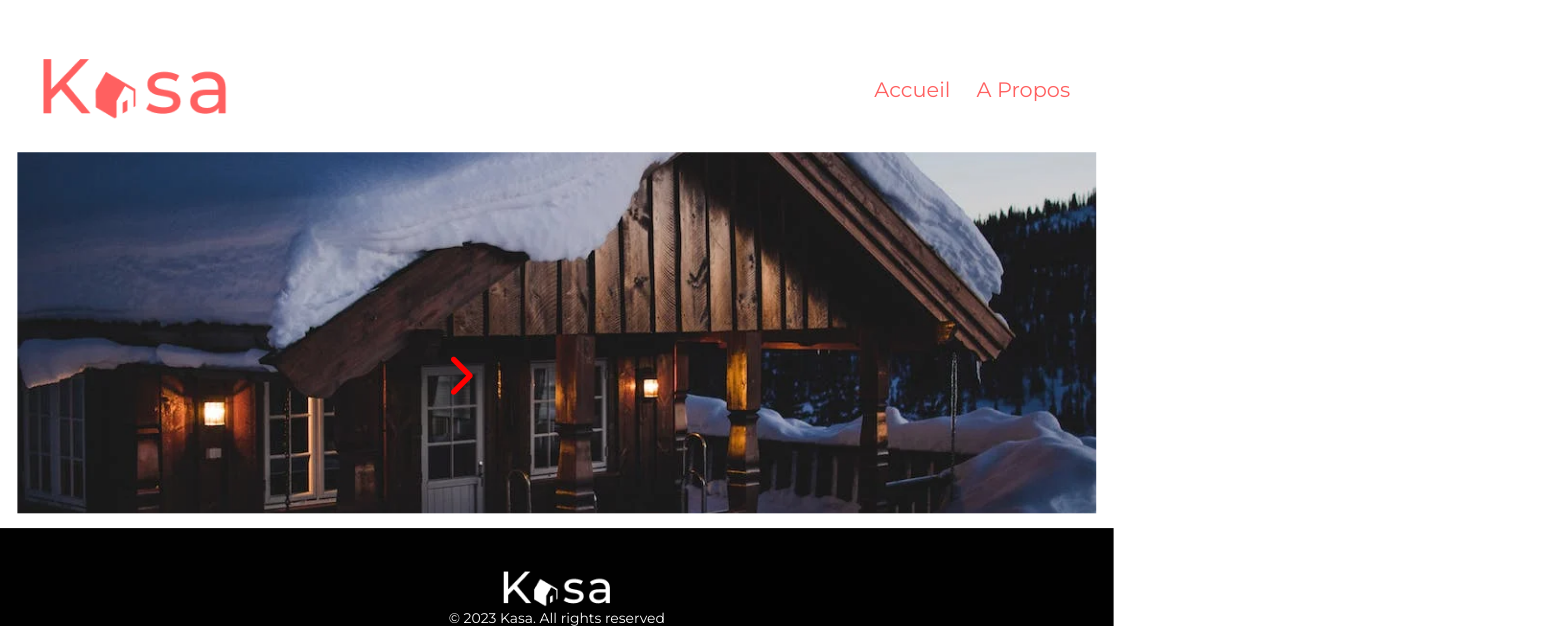
Repository: Ascaris29/Kasa_oc
Page: /essai (app in kasa_project/)
The author's editor kept a copy of each file at every save. The page is drawn from the files as they stood at one save, then again after a run of saves.
The browser window is 1280 px wide. The page is 1792 px wide, then 1280 px, so the pictures cover 1792 px, including what lies to the right of the window. The pictures show the whole page, at 87% of full size.
Some web libraries are served in a nearby version. The project was rebuilt for these pictures with package versions that can differ from the ones it lists, and the page was loaded fresh each time. Also part of the build but not shown: kasa_project/src/pages/homepage/Homepage.module.scss, kasa_project/src/pages/homepage/components/CardLogement.module.scss, kasa_project/src/pages/homepage/components/CardLogement.js, kasa_project/src/pages/homepage/Homepage.js, kasa_project/src/pages/404/404.module.scss, kasa_project/src/pages/404/404.js, kasa_project/src/pages/a_propos/APropos.module.scss, kasa_project/src/pages/a_propos/components/CardDescription.module.scss and 6 more.

Above is the page before, as saved 2023-03-16 16:15:37.

### kasa_project/public/index.html
<!DOCTYPE html>
<html lang="fr">
  <head>
    <meta charset="utf-8" />
    <link rel="icon" href="%PUBLIC_URL%/favicon.ico" />
    <meta name="viewport" content="width=device-width, initial-scale=1" />
    <meta name="theme-color" content="#000000" />
    <meta
      name="description"
      content="Web site created using create-react-app"
    />
    <link rel="apple-touch-icon" href="%PUBLIC_URL%/logo192.png" />
    <!--
      manifest.json provides metadata used when your web app is installed on a
      user's mobile device or desktop. See https://developers.google.com/web/fundamentals/web-app-manifest/
    -->

    <!----------------------------------------------------------- Fonts ----------------------------------------------------------------------->
    <link rel="preconnect" href="https://fonts.googleapis.com">
    <link rel="preconnect" href="https://fonts.gstatic.com" crossorigin>
    <link href="https://fonts.googleapis.com/css2?family=Montserrat:wght@400;500;600&family=Roboto&display=swap" rel="stylesheet">
    <!----------------------------------------------------------- Icons ----------------------------------------------------------------------->
    <script src="https://kit.fontawesome.com/e65359aae8.js" crossorigin="anonymous"></script>
    <!--
      Notice the use of %PUBLIC_URL% in the tags above.
      It will be replaced with the URL of the `public` folder during the build.
      Only files inside the `public` folder can be referenced from the HTML.

      Unlike "/favicon.ico" or "favicon.ico", "%PUBLIC_URL%/favicon.ico" will
      work correctly both with client-side routing and a non-root public URL.
      Learn how to configure a non-root public URL by running `npm run build`.
    -->
    <title>Kasa</title>
  </head>
  <body>
    <noscript>You need to enable JavaScript to run this app.</noscript>
    <div id="root"></div>
    <!--
      This HTML file is a template.
      If you open it directly in the browser, you will see an empty page.

      You can add webfonts, meta tags, or analytics to this file.
      The build step will place the bundled scripts into the <body> tag.

      To begin the development, run `npm start` or `yarn start`.
      To create a production bundle, use `npm run build` or `yarn build`.
    -->
  </body>
</html>

### kasa_project/src/index.js
import React from 'react';
import ReactDOM from 'react-dom/client';
import App from './App';
import reportWebVitals from './reportWebVitals';
import './assets/styles/index.scss';
import { RouterProvider } from 'react-router-dom';
import { router } from "./router";

const root = ReactDOM.createRoot(document.getElementById('root'));
root.render(
  <React.StrictMode>
    <RouterProvider router={router} />
  </React.StrictMode>
);

// If you want to start measuring performance in your app, pass a function
// to log results (for example: reportWebVitals(console.log))
// or send to an analytics endpoint. Learn more: https://bit.ly/CRA-vitals
reportWebVitals();

### kasa_project/src/App.js
import Header from "./components/header/Header";
import Footer from "./components/footer/Footer";
import style from "./App.module.scss";
import Homepage from "./pages/homepage/Homepage";
import { Outlet } from "react-router-dom";

function App() {
  return (
      <div className={`${style.app} d-flex flex-column`}>
        <Header />
          <Outlet />
        <Footer />
      </div>
  );
}

export default App;

### kasa_project/src/assets/styles/index.scss
@use './base';
@use './flex';
@use './mixins';
@use './utils';
@use './variables';

### kasa_project/src/router.js
import { createBrowserRouter } from 'react-router-dom';
import App from './App';
import Error404 from './pages/404/404';
import APropos from './pages/a_propos/APropos';
import Homepage from './pages/homepage/Homepage';
import Caroussel from './pages/logement/components/caroussel/Caroussel';
import FicheLogement from './pages/logement/FicheLogement';


export const router = createBrowserRouter([
    {
        path : "/",
        element : <App />,
        errorElement: <Error404 />,
        children : [
            {
                path : "/",
                element : <Homepage />
            } ,
            {
                path : "/homepage",
                element : <Homepage />
            },
            {
                path: "/apropos",
                element : <APropos />
            },
            {
                path: "/logement/:id",
                element : <FicheLogement />
            },
            {
                path: "/essai",
                element: <Caroussel />
            }
        ],
    }
])

### kasa_project/src/components/header/Header.js
import image from "../../assets/images/logo_header.png";
import style from "./Header.module.scss";
import { Link, NavLink } from "react-router-dom";

export default function Header(){
    return (
        <header className={`${style.header} d-flex justify-between align-center`}>
            <Link className={`${style.headerIcon}`} to="/homepage">
                <img src={image} alt="logo du site Kasa representant une maison"/>
            </Link>
            <div className={`${style.headerNav}`}>
                <ul className="d-flex">
                    <NavLink
                    className={`${style.headerItems} m-r-30`}
                    to="/homepage"
                    end
                    >
                    Accueil
                    </NavLink>
                    <NavLink
                    className={`${style.headerItems}`}
                    to="/apropos"
                    >
                    A Propos
                    </NavLink>
                </ul>
            </div>
        </header>
    )
}

### kasa_project/src/components/footer/Footer.js
import style from "./Footer.module.scss";
import image from "../../assets/images/logo_footer.png";

export default function Footer(){
    return (
        <footer className={`${style.footer} d-flex p-t-50 flex-column justify-center align-center`}>
            <div className={`${style.footerLogo} `}>
                <img src={image} alt="" />
            </div>
            <div className="footerText">
                <p>© 2023 Kasa. All rights reserved</p>
            </div>
        </footer>
    )
}

### kasa_project/src/App.module.scss
.app{
    min-height:100vh;
}

### kasa_project/src/assets/styles/_base.scss

*{
    box-sizing: border-box;
}

body{
    margin:0;
    padding:0;
    font-family: var(--montserrat);

}

p{
    margin:0;
}

li{
    list-style-type: none;

}

.link{
    color:var(--primary);
    font-size:18px;
}

.active{
    text-decoration:underline;
}

### kasa_project/src/assets/styles/_flex.scss
.d-flex{
    display: flex;
}

.flex-column{
    flex-direction : column;
}

.flex-row{
    flex-direction: row;
}

.justify-center{
    justify-content: center;
}

.align-center{
    align-items: center;
}

.flex-fill{
    flex : 1 1 auto;
}

.justify-between{
    justify-content: space-between;
}

### kasa_project/src/assets/styles/_mixins.scss
@mixin xs{
    @media (max-width:576px){
        @content;
    }
}

@mixin sm{
    @media (min-width : 577px) and (max-width : 768px){
        @content;
    }
}

@mixin sm-lt{
    @media (max-width : 768px){
        @content;
    }
}

@mixin md{
    @media (min-width : 769px) and (max-width : 992px){
        @content;
    }
}

@mixin md-lt{
    @media (max-width : 992px){
        @content;
    }
}

@mixin lg{
    @media (min-width : 993px) and (max-width : 1200px){
        @content;
    }
}

@mixin lg-lt{
    @media (max-width : 1200px){
        @content;
    }
}

@mixin xl{
    @media (min-width : 1201px){
        @content;
    }
}

### kasa_project/src/assets/styles/_utils.scss
/*------------------------------------ General ------------------------------*/
.container{
    max-width:1200px;
    margin: auto;
    width:100%;
}
.card{

}
.calc{
    position:fixed;
    top:0;
    left:0;
    width:100%;
    height:100vh;
}

/*------------------------------------ Padding ------------------------------*/
.p-5{
    padding: 5px;
}
.p-10{
    padding:10px;
}
.p-20{
   padding:20px;
}
.p-30{
    padding:30px;
}
.p-40{
    padding:40px;
}
.p-50{
    padding:50px;
}

.p-b-5{
   padding-bottom: 5px;
}
.p-b-10{
   padding-bottom: 10px;
}
.p-b-20{
    padding-bottom: 20px;
}
.p-b-30{
    padding-bottom: 30px;
}
.p-b-40{
    padding-bottom: 40px;
}
.p-b-50{
    padding-bottom: 50px;
}


.p-t-5{
    padding-top: 5px;
}
.p-t-10{
    padding-top: 10px;
}
.p-t-20{
     padding-top: 20px;
}
.p-t-30{
     padding-top: 30px;
}
.p-t-40{
    padding-top: 40px;
}
.p-t-50{
    padding-top: 50px;
}


.p-l-5{
    padding-left: 5px;
}
.p-l-10{
    padding-left: 10px;
}
.p-l-20{
     padding-left: 20px;
}
.p-l-30{
     padding-left: 30px;
}
.p-l-40{
    padding-left: 40px;
}
.p-l-50{
    padding-left: 50px;
}



.p-r-5{
    padding-right: 5px;
}
.p-r-10{
    padding-right: 10px;
}
.p-r-20{
     padding-right: 20px;
}
.p-r-30{
     padding-right: 30px;
}
.p-r-40{
    padding-right: 40px;
}
.p-r-50{
    padding-right: 50px;
}


/*------------------------------------------------ Margin -------------------------------------------*/

.m-auto{
    margin:auto;
}
.m-5{
    margin: 5px;
}
.m-10{
    margin:10px;
}
.m-20{
   margin:20px;
}
.m-30{
    margin:30px;
}
.m-40{
    margin:40px;
}
.m-50{
    margin:50px;
}



.m-b-5{
    margin-bottom: 5px;
}
.m-b-10{
    margin-bottom: 10px;
}
.m-b-20{
    margin-bottom: 20px;
}
.m-b-30{
    margin-bottom: 30px;
}
.m-b-40{
    margin-bottom: 40px;
}
.m-b-50{
    margin-bottom: 50px;
}



.m-t-5{
    margin-top: 5px;
}
.m-t-10{
    margin-top: 10px;
}
.m-t-20{
     margin-top: 20px;
}
.m-t-30{
     margin-top: 30px;
}
.m-t-40{
    margin-top: 40px;
}
.m-t-50{
    margin-top: 50px;
}




.m-l-5{
    margin-left: 5px;
}
.m-l-10{
    margin-left: 10px;
}
.m-l-20{
     margin-left: 20px;
}
.m-l-30{
     margin-left: 30px;
}
.m-l-40{
    margin-left: 40px;
}
.m-l-50{
    margin-left: 50px;
}




.m-r-5{
    margin-right: 5px;
}
.m-r-10{
    margin-right: 10px;
}
.m-r-20{
     margin-right: 20px;
}
.m-r-30{
     margin-right: 30px;
}
.m-r-40{
    margin-right: 40px;
}
.m-r-50{
    margin-right: 50px;
}

### kasa_project/src/assets/styles/_variables.scss

/*----------------------------------------------------------------------------Color-----------------------------------------------------------------*/

:root{
    --primary: #FF6060;
    --grey1:#F6F6F6;
    --grey2: #E3E3E3;
    --grey3:#C4C4C4;
    --black: #010101;
    /*----------------------------------------------------------------------------Font-----------------------------------------------------------------*/
    --montserrat : 'Montserrat', sans-serif;
    --radius:25px;
}

### kasa_project/src/pages/logement/components/caroussel/Caroussel.js
import { useState } from "react";
import style from "./Caroussel.module.scss";

import img1 from "../../../../assets/images/pexels-photo-950058.webp";
import img2 from "../../../../assets/images/pexels-photo-1013427.jpeg";
import img3 from "../../../../assets/images/pexels-photo-1612351.jpeg";

export default function Caroussel(){

    //importer les images de l'api
    const arrayImage = [
        img1,
        img2,
        img3
    ];

    const [index, setIndex] = useState(0);

    //console.log(arrayImage);
    function handleClickCarousselPrev(){
        if(index > 0 && index < arrayImage.length){
            let i = index - 1;
            setIndex(i);
        }else{
            setIndex(arrayImage.length -1);
        }
    }

    function handleClickCarousselAfter(){
        if(index < arrayImage.length){
            let i = index + 1;
            setIndex(i);
        };
    }

    //a voir avec julien
    if(index === arrayImage.length){
        setIndex(0)
    }

    return (
        <div className={`${style.caroussel}`}>
            { arrayImage.map((item, i) => i === index && (
                <img src={item} alt="" className={`${style.carousselImage}`}/>
            )
            )}
            <i className={`${style.chevronLeft} fa-solid fa-chevron-left`} onClick={handleClickCarousselPrev}></i>
            <i className={`${style.chevronRight} fa-solid fa-chevron-right`} onClick={handleClickCarousselAfter}></i>
        </div>
    )



}

### kasa_project/src/components/header/Header.module.scss
@use "../../assets/styles/mixins" as mixin;

.header{
    max-width:1240px;
    margin:auto;
    width:100%;
    padding:50px 30px 0 30px;
    .headerIcon{
        img{
            width:210px;
            height:68px;
            @include mixin.sm-lt{
                width:145px;
                height:47px;
            }
            @include mixin.xs{
                width:99px;
                height:35px;
            }
        }
    }

}
/*sorti de la classe header car sinon je ne peux pas mettre de classe active dessus*/
.headerItems{
    color:var(--primary);
    text-decoration:none;
    cursor:pointer;
    font-size:24px;
    @include mixin.sm-lt{
        font-size:20px;
    }
    @include mixin.xs{
        font-size:15px;
    }
}

### kasa_project/src/components/footer/Footer.module.scss
.footer{
    background-color:var(--black);
    color:white;
    .footerLogo{
        img{
            width:122px;
            height:40px;
        }
    }
}

### kasa_project/src/pages/logement/components/caroussel/Caroussel.module.scss
.caroussel{
    max-width:1240px;
    margin:auto;
    width:100%;
    height:415px;
    .carousselImage{
        width:100%;
        height:100%;
        object-fit:cover;
        position:relative;
        display:block;
    }
    .chevronRight{
        position:absolute;
        top:60%;
        left:90%;
        font-size:50px;
        color:red;
        transform:translate(-50%, -50%);
        width:100%;
    }
    .chevronLeft{
        position:absolute;
        top:60%;
        right:90%;
        font-size:50px;
        color:red;
        transform:translate(-50%, -50%);
        width:100%;
    }
}

Loaded but not shown: kasa_project/src/reportWebVitals.js (common file)

After the next 2 saves:
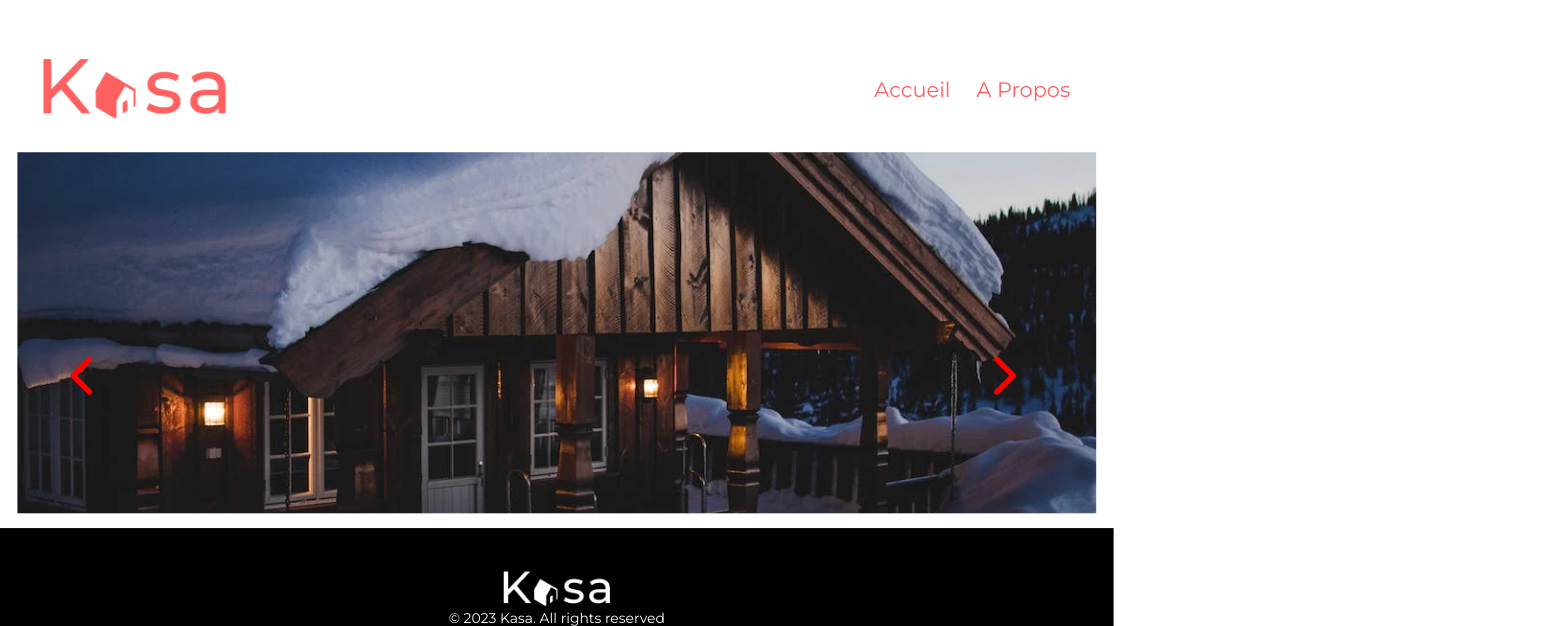
The 2 saves are shown as one change because they came seconds apart.
The last was saved 13 s later.
--- a/kasa_project/src/pages/logement/components/caroussel/Caroussel.module.scss
+++ b/kasa_project/src/pages/logement/components/caroussel/Caroussel.module.scss
@@ -17,7 +17,6 @@
         font-size:50px;
         color:red;
         transform:translate(-50%, -50%);
-        width:100%;
     }
     .chevronLeft{
         position:absolute;
@@ -26,6 +25,5 @@
         font-size:50px;
         color:red;
         transform:translate(-50%, -50%);
-        width:100%;
     }
 }
